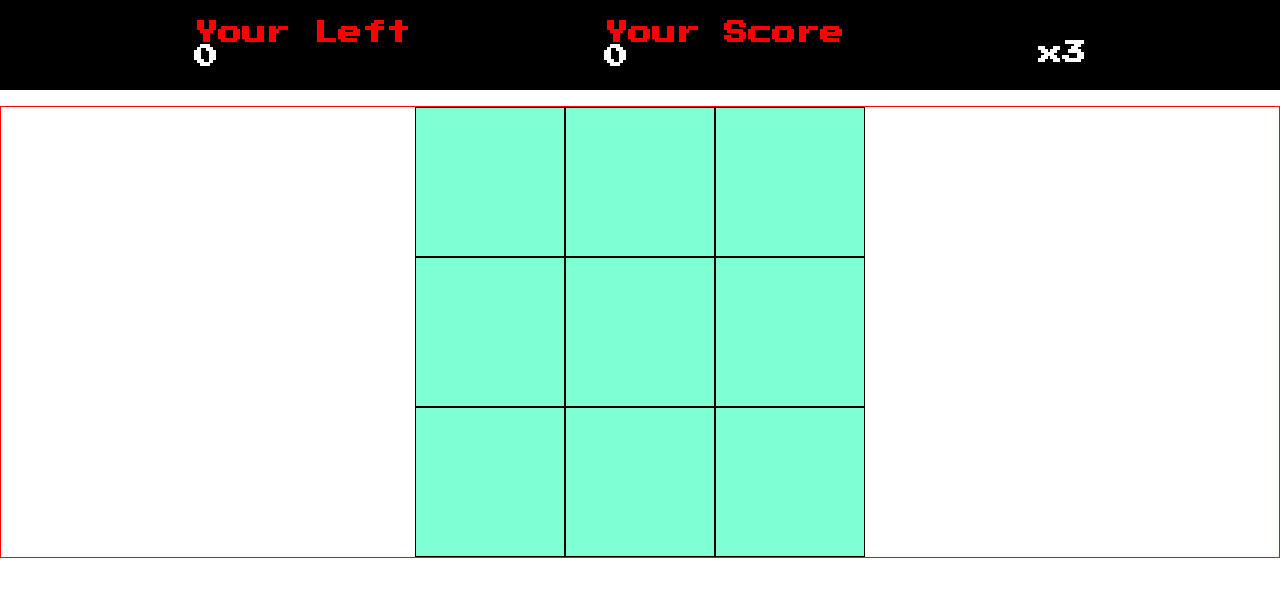
Repository: Zoemateus324/detona-ralph-js
Page: index.html
These files come from the project's save history. The page is drawn as it stood at one moment and after the next save; the edit follows.
The browser window is 1280 px wide. The pictures show the whole page.

Above is the page before, as saved 2024-11-26 09:02:02.

After the next save:
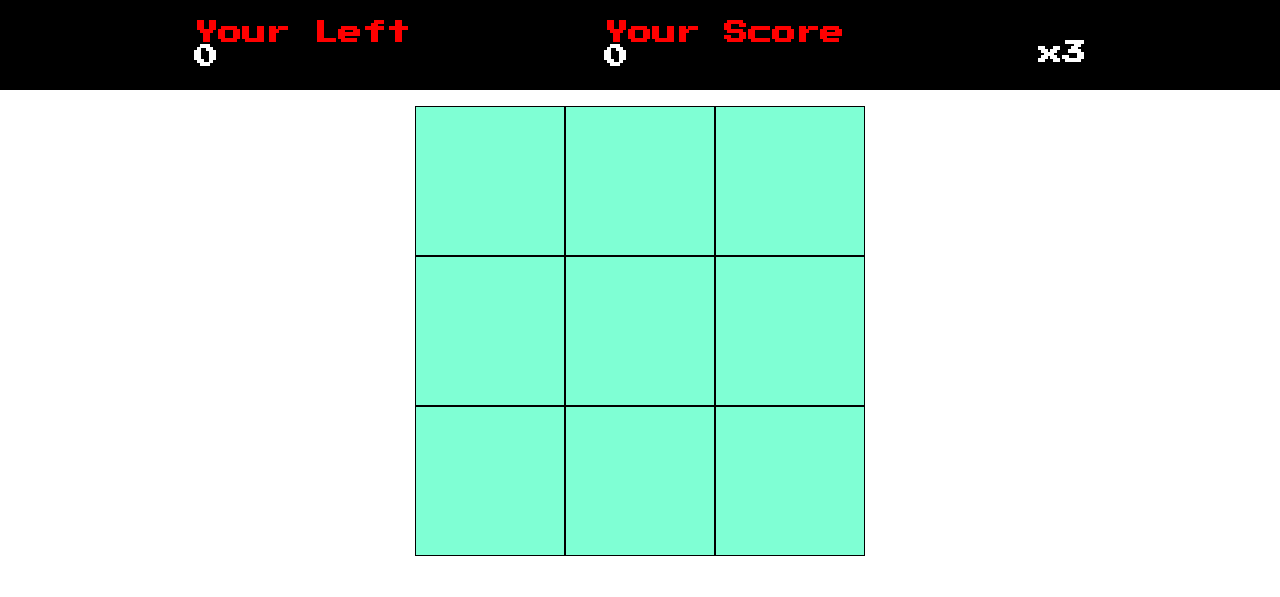
Saved 56 s later.
--- a/src/styles/main.css
+++ b/src/styles/main.css
@@ -21,7 +21,7 @@
     margin-top:1rem;
     align-items:center;
     justify-content:center;
-    border: 1px solid red;
+    border: 1px solid #00;
 
 }
 .square{

After the save that followed:
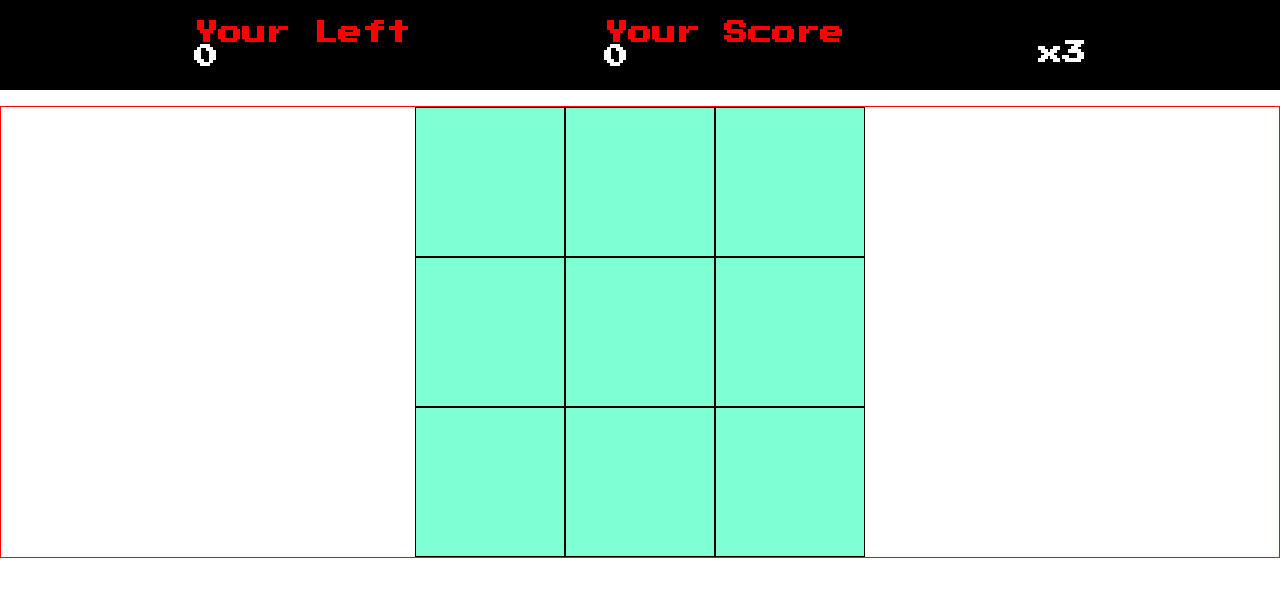
Saved 15 s later.
--- a/src/styles/main.css
+++ b/src/styles/main.css
@@ -21,12 +21,12 @@
     margin-top:1rem;
     align-items:center;
     justify-content:center;
-    border: 1px solid #00;
+    border: 1px solid #ff0000;
 
 }
 .square{
     height:150px;
     width:150px;
     background-color:aquamarine;
-    border:1px solid black;
+    border:1px solid #000000;
 }
